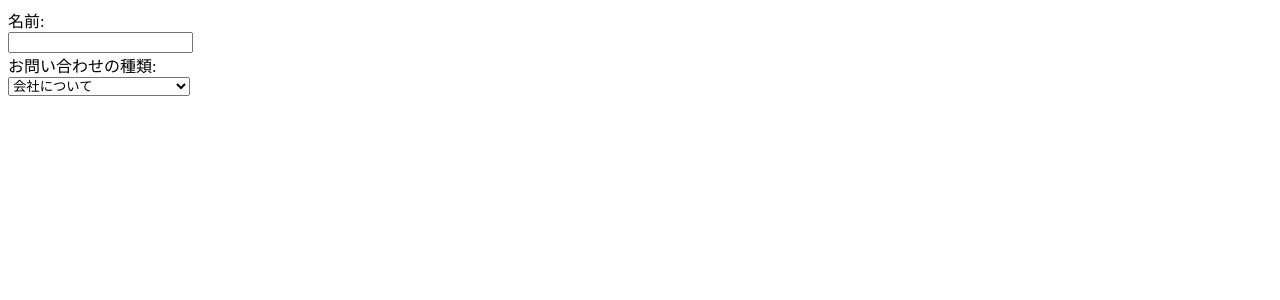
Repository: okinaga/internous
Page: http://localhost/HelloServlet/inquiry.jsp
The author's editor kept a copy of each file at every save. The page is drawn from the files as they stood at one save, then again after the next save.
The browser window is 1280 px wide. The pictures show the whole page.
The page is served by Tomcat 9.

Above is the page before, as saved 2018-09-19 11:54:53.

After the next save:
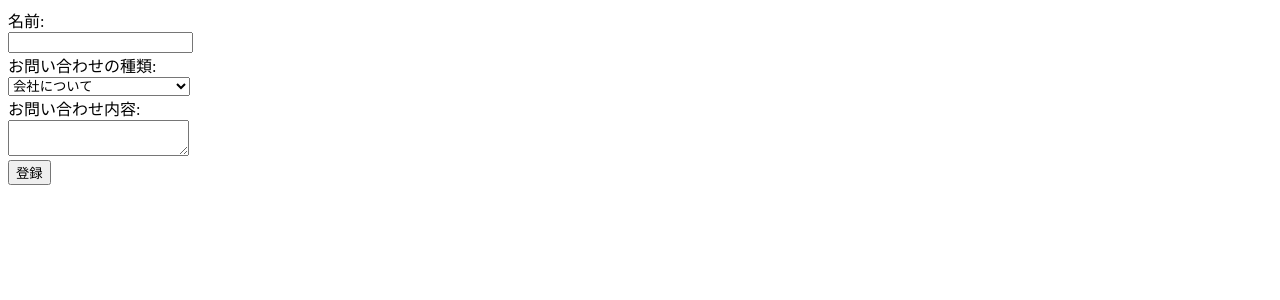
Saved 105 s later.
--- a/HelloServlet/WebContent/inquiry.jsp
+++ b/HelloServlet/WebContent/inquiry.jsp
@@ -13,7 +13,9 @@
 		<option value="company">会社について</option>
 		<option value="product">製品について</option>
 		<option value="support">アフターサポートについて</option>
-	</select>
+	</select><br>お問い合わせ内容:<br>
+	<textarea name="body"></textarea>
+	<br><input type="submit" value="登録">
 </form>
 </body>
 </html>
